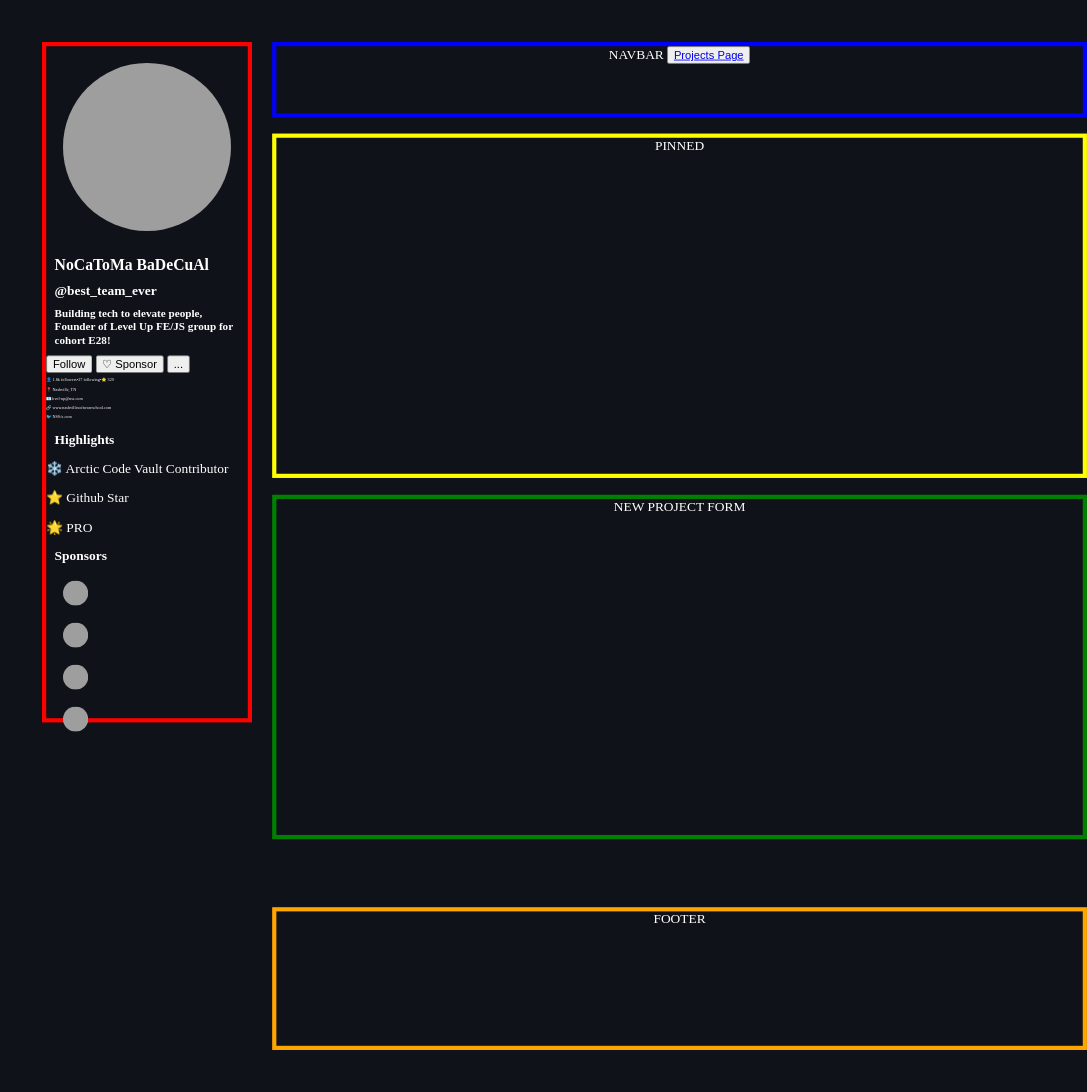
Repository: nss-evening-cohort-28/nss-evening-cohort-28-classroom-gitsub-Q1-project-gitsub
Page: index.html
The author's editor kept a copy of each file at every save. The page is drawn from the files as they stood at one save, then again after the next save.
The browser window is 1280 px wide. The page is 1294 px wide, so the pictures cover 1294 px, including what lies to the right of the window. The pictures show the whole page, at 84% of full size.
Pictures or frames that could not be fetched are drawn as grey boxes.

Above is the page before, as saved 2024-08-07 20:54:17.

After the next save:
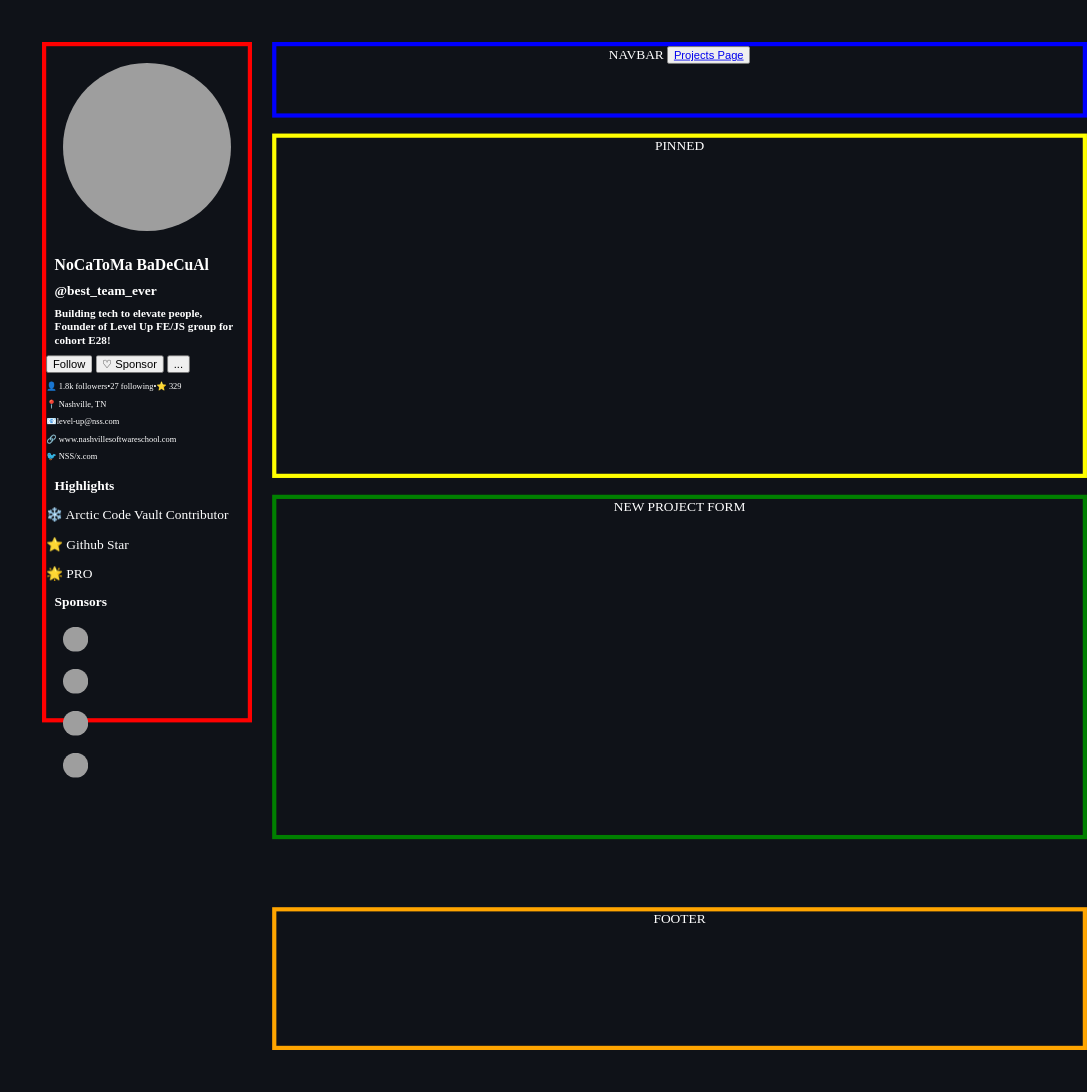
Saved 19 s later.
--- a/main.css
+++ b/main.css
@@ -90,6 +90,6 @@
   }
 
   .profile-body {
-    font-size: 5px;
+    font-size: 10px;
   }
 /* Noah Styling: Profile Section End */
